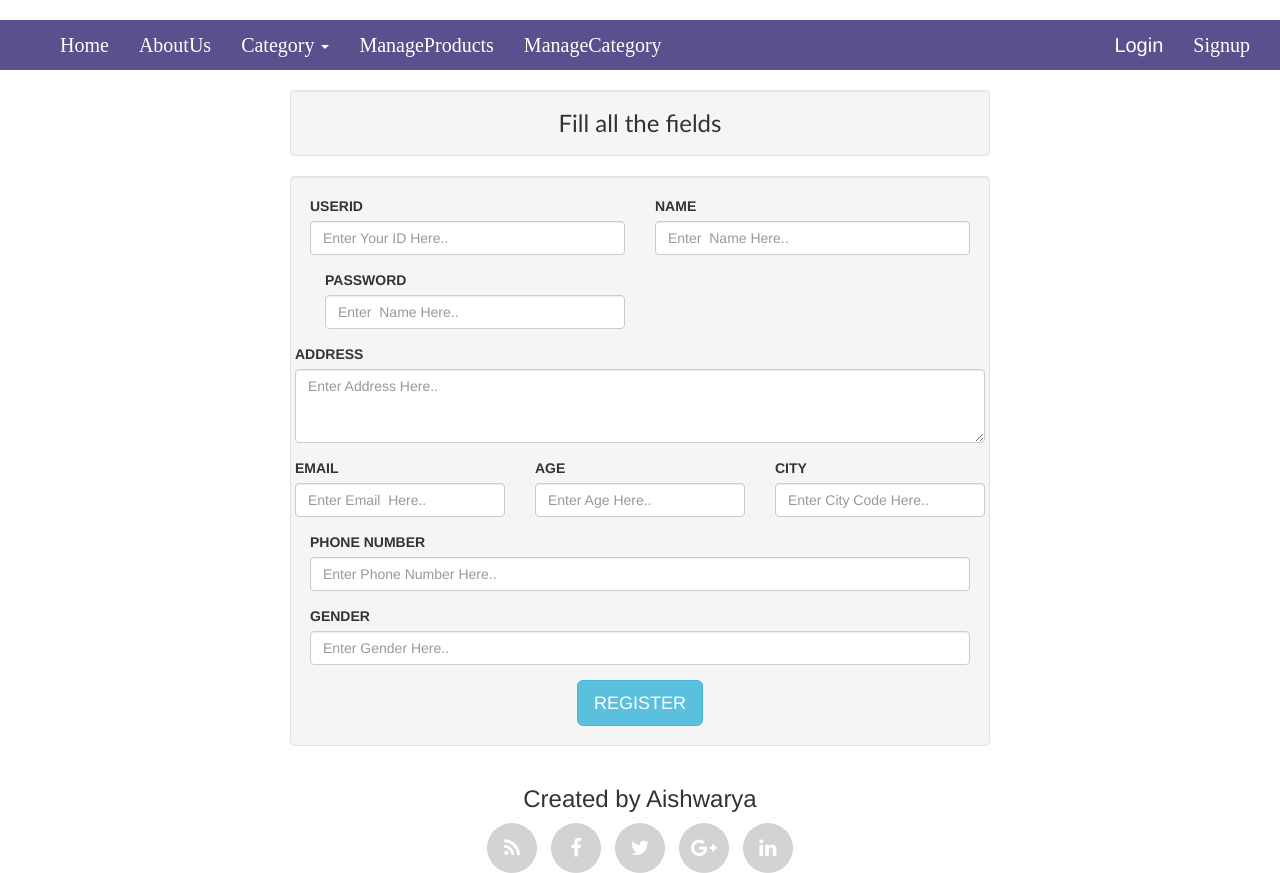
Repository: qwertuy/DTPROGRAMSPROJECTS
Page: http://localhost/Ecommerce/WEB-INF/views/registerpage.jsp
These files come from the project's save history. The page is drawn as it stood at one moment and after the next save; the edit follows.
The browser window is 1280 px wide. The pictures show the whole page.
Some web libraries are served in a nearby version. The page is served by Tomcat 9. Nobody is signed in. Other server files are loaded and not shown. The template is opened directly, without the code that normally fills it, so the values that code supplies are empty.

Above is the page before, as saved 2018-03-18 09:35:33.
Console error: SyntaxError: Unexpected token '{'

### Ecommerce/src/main/webapp/WEB-INF/views/registerpage.jsp
<%@ page language="java" contentType="text/html; charset=ISO-8859-1"
    pageEncoding="ISO-8859-1"%>
    <%@ taglib uri="http://www.springframework.org/tags/form" prefix="form"%>
<%@ taglib uri="http://java.sun.com/jsp/jstl/core" prefix="c"%>
<!DOCTYPE html PUBLIC "-//W3C//DTD HTML 4.01 Transitional//EN" "http://www.w3.org/TR/html4/loose.dtd">
<html>
<head>
<meta http-equiv="Content-Type" content="text/html; charset=ISO-8859-1">
<title>Insert title here</title>
<!-- To Access the Bootstrap link -->
<link rel="stylesheet" href="https://maxcdn.bootstrapcdn.com/bootstrap/3.3.7/css/bootstrap.min.css">
<script src="https://ajax.googleapis.com/ajax/libs/jquery/3.2.1/jquery.min.js"></script>
<script src="https://maxcdn.bootstrapcdn.com/bootstrap/3.3.7/js/bootstrap.min.js"></script>
<link href="//maxcdn.bootstrapcdn.com/font-awesome/4.1.0/css/font-awesome.min.css" rel="stylesheet">
<link href=".resources/css/registerpage.css" rel="stylesheet"/>
<style type="text/css">
  .backgroundclr
  {
    background-color: #1a0000;
  }
</style>
</head>
<body>
<jsp:include page="header.jsp"></jsp:include>
<!-- Registration form here -->
<div class="container">
    <center><h3 class="well" style="font-family: Calibri;font-style: bold;color:#000cc">Fill all the fields</h3></center>
	<div class="col-lg-12 well">
	<div class="row">
			<form  action="registerpage" method="post">
					<div class="col-sm-12">
						<div class="row">
							<div class="col-sm-6 form-group">
								<label>USERID</label>
								<input type="text" placeholder="Enter Your ID Here.." class="form-control" pattern="[0-9]+" required name="userid">
							</div>
							<div class="col-sm-6 form-group">
								<label>NAME</label>
								<input type="text" placeholder="Enter  Name Here.." class="form-control" pattern="^[a-zA-Z][a-zA-Z0-9-_\.]{1,20}$" required name="username">
							</div>
						</div>
						<div class="col-sm-6 form-group">
								<label>PASSWORD</label>
								<input type="text" placeholder="Enter  Name Here.." class="form-control"  pattern="[A-Za-z]+" required name="userpass">
							</div>
						</div>
						<div class="form-group">
							<label>ADDRESS</label>
							<textarea placeholder="Enter Address Here.." rows="3" class="form-control" pattern="^[a-zA-Z][a-zA-Z0-9-_\.]{1,20}$" required name="useraddress"></textarea>
						</div>
						<div class="row">
							<div class="col-sm-4 form-group">
								<label>EMAIL</label>
								<input type="text" placeholder="Enter Email  Here.." class="form-control" pattern="[a-z0-9._%+-]+@[a-z0-9.-]+\.[a-z]{2,4}$" required name="usermail">
							</div>
							<div class="col-sm-4 form-group">
								<label>AGE</label>
								<input type="text" placeholder="Enter Age Here.." class="form-control" required name="userage">
							</div>
							<div class="col-sm-4 form-group">
								<label>CITY</label>
								<input type="text" placeholder="Enter City Code Here.." class="form-control" pattern="^[a-zA-Z][a-zA-Z0-9-_\.]{1,20}$" required name="usercity">
							</div>
						</div>


						</div>
					<div class="form-group">
						<label>PHONE NUMBER</label>
						<input type="text" placeholder="Enter Phone Number Here.." class="form-control" pattern="^\{10}$" required name="userphone">
					</div>

					<div class="form-group">
						<label>GENDER</label>
						<input type="text" placeholder="Enter Gender Here.."  class="form-control" pattern="^[a-zA-Z][a-zA-Z0-9-_\.]{1,20}$" required name="usergen">

					</div>

					<center>
					<input type="submit" class="btn btn-lg btn-info" value="REGISTER"></input>	</center>
					</div>
				</form>
				</div>
	</div>
	 <!-- Footer of the webpages -->

 <jsp:include page="footer.jsp"></jsp:include>

	</div>
</body>
</html>

### Ecommerce/src/main/webapp/WEB-INF/views/header.jsp
<%@ page language="java" contentType="text/html; charset=ISO-8859-1"
    pageEncoding="ISO-8859-1"%>
    <%@ taglib prefix = "c" uri = "http://java.sun.com/jsp/jstl/core" %>
<!DOCTYPE html PUBLIC "-//W3C//DTD HTML 4.01 Transitional//EN" "http://www.w3.org/TR/html4/loose.dtd">
<html>
<head>
<meta http-equiv="Content-Type" content="text/html; charset=ISO-8859-1">
<title>BOHEMIAN</title>
 <link rel="stylesheet" href="https://maxcdn.bootstrapcdn.com/bootstrap/3.3.7/css/bootstrap.min.css">
  <script src="https://ajax.googleapis.com/ajax/libs/jquery/3.2.1/jquery.min.js"></script>
  <script src="https://maxcdn.bootstrapcdn.com/bootstrap/3.3.7/js/bootstrap.min.js"></script>
  <link href="//maxcdn.bootstrapcdn.com/font-awesome/4.1.0/css/font-awesome.min.css" rel="stylesheet">

<style type="text/css">
  .backgroundclr
  {
    background-color: #59508e;
  }
</style>

<!-- datatable -->
<link rel="stylesheet" href="https://maxcdn.bootstrapcdn.com/bootstrap/3.3.7/css/bootstrap.min.css" integrity="sha384-BVYiiSIFeK1dGmJRAkycuHAHRg32OmUcww7on3RYdg4Va+PmSTsz/K68vbdEjh4u" crossorigin="anonymous">

<link rel="stylesheet" type="text/css" href="./resources/css/dataTables.bootstrap.min.css"/>

<link rel="stylesheet" type="text/css" href="./resources/css/ss.css"/>


<link rel="stylesheet" type="text/css" href="./resources/css/datatables.css"/>


<link rel="stylesheet" type="text/css" href="./resources/css/datatables.min.css"/>

<script
  src="https://code.jquery.com/jquery-3.2.1.min.js"
  integrity="sha256-hwg4gsxgFZhOsEEamdOYGBf13FyQuiTwlAQgxVSNgt4="
  crossorigin="anonymous"></script>
  <script type="text/javascript" src="./resources/js/jquery.dataTables.min.js"></script>
<script type="text/javascript" src="./resources/js/dataTables.bootstrap.min.css"></script>

<script type="text/javascript">
$(document).ready(function(){
    $('.table').DataTable();
});
</script>
<!-- end -->
</head>
<body>
<nav class="backgroundclr">
	<div class="container-fluid">

		<div class="navbar-header">
			<button type="button" class="navbar-toggle collapsed"
				data-toggle="collapse" data-target="#bs-example-navbar-collapse-1"
				aria-expanded="false">
				<span class="sr-only">Toggle navigation</span> <span
					class="icon-bar"></span> <span class="icon-bar"></span> <span
					class="icon-bar"></span>
			</button>

			<a class="navbar-brand" href="./">
			<%-- 	<img src='<c:url value="./resources/images/boho.jpg" />' class="img-circle" width="50px" height="25px" /> --%>
			<%-- <img src="${pageContext.request.contextPath}/resources/images/weblog1.jpg" class="img-circle" width="50px" height="25px"/> --%>
			</a>
		</div>

		<div class="collapse navbar-collapse">
			<ul class="nav navbar-nav">
			  <li ><a href="" style="font-size:20px;color:white;font-family:Aharoni">Home</a></li>
				<li><a href="" style="font-size:20px;color:white;font-family:Aharoni">AboutUs</a></li>
				<li class="dropdown" style="font-family:Aharoni"><a href="#" class="dropdown-toggle" data-toggle="dropdown" role="button" aria-haspopup="true"
					aria-expanded="Aharoni"  style="font-size:20px;color:white">Category <span class="caret"></span></a>
					<ul class="dropdown-menu">

						<c:forEach items="${clist}" var="p">
						 <li><a href="categoryproductlist?id=${p.categoryid}">${p.categoryname}</a></li>
						 <%-- <li><a href='<c:url value="categoryproductlist?id=${p.categoryid}">${p.categoryname}"/>'</a></li> --%>
						</c:forEach>
						</li>

					</ul>

				</li>
					 <li style="font-family:Aharoni"><a href="<c:url value="/admin/add"/>" role="button" aria-haspopup="true"
					aria-expanded="false" style="font-size:20px;color:white">ManageProducts</a>

					<li style="font-family:Aharoni"><a href="<c:url value="/admin/add1"/>" role="button" aria-haspopup="true"
					aria-expanded="false" style="font-size:20px;color:white">ManageCategory</a>

					</li>


					</li>
					<!-- <li><a href="<c:url value="admin/productlistview"/>" style="font-family: fantasy;">PRODUCTLIST</a>-->
			</ul>


				<c:if test="${pageContext.request.userPrincipal.name  == 'admin'}">
                                <li><a href="<c:url value="/admin" />">Admin</a></li>
                 </c:if>
                 </ul>
			  <ul class="nav navbar-nav navbar-right">
			  <c:if test="${pageContext.request.userPrincipal.name == null }">
					<li>
					<%-- <a href=' <c:url value="/login" />'>Login</a> --%>
					</li>
					<li ><a href="<c:url value="admin/add"/>" role="button" aria-haspopup="Aharoni"
					aria-expanded="false" style="font-size:20px;color:white">Login</a> </li>
				<li style="font-family:Aharoni"><a href=' <c:url value="/reg" />'class="Aharoni" style="font-size:20px;color:white">Signup</a></li>

				</c:if>
				<c:if test="${pageContext.request.userPrincipal.name  != null}">
                               <li><a>Welcome: ${pageContext.request.userPrincipal.name}</a></li>
	              				<li><a href='<c:url value="/logout" />'>Signout</a></li>
                 </c:if>

				</ul>

		</div>
	</div>
</nav>
</body>
</html>

### Ecommerce/src/main/webapp/WEB-INF/views/footer.jsp
<%@ page language="java" contentType="text/html; charset=ISO-8859-1"
    pageEncoding="ISO-8859-1"%>
<!DOCTYPE html PUBLIC "-//W3C//DTD HTML 4.01 Transitional//EN" "http://www.w3.org/TR/html4/loose.dtd">
<html>
<head>
<meta http-equiv="Content-Type" content="text/html; charset=ISO-8859-1">
<title>BOHEMIAN</title>
<link rel="stylesheet" href="https://maxcdn.bootstrapcdn.com/bootstrap/3.3.7/css/bootstrap.min.css">
  <script src="https://ajax.googleapis.com/ajax/libs/jquery/3.2.1/jquery.min.js"></script>
  <script src="https://maxcdn.bootstrapcdn.com/bootstrap/3.3.7/js/bootstrap.min.js"></script>
  <link href="//maxcdn.bootstrapcdn.com/font-awesome/4.2.0/css/font-awesome.min.css" rel="stylesheet">
  <style type="text/css">


/*=========================
  Icons
 ================= */

/* footer social icons */
ul.social-network {
	list-style: none;
	display: inline;
	margin-left:0 !important;
	padding: 0;
}
ul.social-network li {
	display: inline;
	margin: 0 5px;
}


/* footer social icons */
.social-network a.icoRss:hover {
	background-color: #F56504;
}
.social-network a.icoFacebook:hover {
	background-color:#3B5998;
}
.social-network a.icoTwitter:hover {
	background-color:#33ccff;
}
.social-network a.icoGoogle:hover {
	background-color:#BD3518;
}
.social-network a.icoVimeo:hover {
	background-color:#0590B8;
}
.social-network a.icoLinkedin:hover {
	background-color:#007bb7;
}
.social-network a.icoRss:hover i, .social-network a.icoFacebook:hover i, .social-network a.icoTwitter:hover i,
.social-network a.icoGoogle:hover i, .social-network a.icoVimeo:hover i, .social-network a.icoLinkedin:hover i {
	color:#fff;
}
a.socialIcon:hover, .socialHoverClass {
	color:#44BCDD;
}

.social-circle li a {
	display:inline-block;
	position:relative;
	margin:0 auto 0 auto;
	-moz-border-radius:50%;
	-webkit-border-radius:50%;
	border-radius:50%;
	text-align:center;
	width: 50px;
	height: 50px;
	font-size:20px;
}
.social-circle li i {
	margin:0;
	line-height:50px;
	text-align: center;
}

.social-circle li a:hover i, .triggeredHover {
	-moz-transform: rotate(360deg);
	-webkit-transform: rotate(360deg);
	-ms--transform: rotate(360deg);
	transform: rotate(360deg);
	-webkit-transition: all 0.2s;
	-moz-transition: all 0.2s;
	-o-transition: all 0.2s;
	-ms-transition: all 0.2s;
	transition: all 0.2s;
}
.social-circle i {
	color: #fff;
	-webkit-transition: all 0.8s;
	-moz-transition: all 0.8s;
	-o-transition: all 0.8s;
	-ms-transition: all 0.8s;
	transition: all 0.8s;
}


  </style>
</head>
<body>
<center><h3>Created by Aishwarya</h3>
<!--Pulling Awesome Font -->



    			<div class="col-md-12">
                    <ul class="social-network social-circle">
                        <li><a href="#" class="icoRss" title="Rss" style="background-color: #D3D3D4"><i class="fa fa-rss"></i></a></li>
                        <li><a href="#" class="icoFacebook" title="Facebook" style="background-color: #D3D3D4"><i class="fa fa-facebook"></i></a></li>
                        <li><a href="#" class="icoTwitter" title="Twitter" style="background-color: #D3D3D4"><i class="fa fa-twitter"></i></a></li>
                        <li><a href="#" class="icoGoogle" title="Google +" style="background-color: #D3D3D4"><i class="fa fa-google-plus"></i></a></li>
                        <li><a href="#" class="icoLinkedin" title="Linkedin" style="background-color: #D3D3D4"><i class="fa fa-linkedin"></i></a></li>
                    </ul>
				</div>

</center>
</body>
</html>

### Ecommerce/src/main/webapp/resources/css/registerpage.css
/* Space out content a bit */
body {
  padding-top: 20px;
  padding-bottom: 20px;
}

/* Everything but the jumbotron gets side spacing for mobile first views */
.header,
.marketing,
.footer {
  padding-right: 15px;
  padding-left: 15px;
}

/* Custom page header */
.header {
  border-bottom: 1px solid #e5e5e5;
}
/* Make the masthead heading the same height as the navigation */
.header h3 {
  padding-bottom: 19px;
  margin-top: 0;
  margin-bottom: 0;
  line-height: 40px;
}

/* Custom page footer */
.footer {
  padding-top: 19px;
  color: #777;
  border-top: 1px solid #e5e5e5;
}

/* Customize container */
@media (min-width: 768px) {
  .container {
    max-width: 730px;
  }
}
.container-narrow > hr {
  margin: 30px 0;
}

/* Main marketing message and sign up button */
.jumbotron {
  text-align: center;
  border-bottom: 1px solid #e5e5e5;
}
.jumbotron .btn {
  padding: 14px 24px;
  font-size: 21px;
}

/* Supporting marketing content */
.marketing {
  margin: 40px 0;
}
.marketing p + h4 {
  margin-top: 28px;
}

/* Responsive: Portrait tablets and up */
@media screen and (min-width: 768px) {
  /* Remove the padding we set earlier */
  .header,
  .marketing,
  .footer {
    padding-right: 0;
    padding-left: 0;
  }
  /* Space out the masthead */
  .header {
    margin-bottom: 30px;
  }
  /* Remove the bottom border on the jumbotron for visual effect */
  .jumbotron {
    border-bottom: 0;
  }
}

### Ecommerce/src/main/webapp/resources/css/ss.css
@CHARSET "ISO-8859-1";
.c
{
	background: aqua;
}

Loaded but not shown: Ecommerce/src/main/webapp/resources/css/dataTables.bootstrap.min.css (library); Ecommerce/src/main/webapp/resources/css/datatables.css (common file); Ecommerce/src/main/webapp/resources/css/datatables.min.css (library); Ecommerce/src/main/webapp/resources/js/jquery.dataTables.min.js (library)

After the next save:
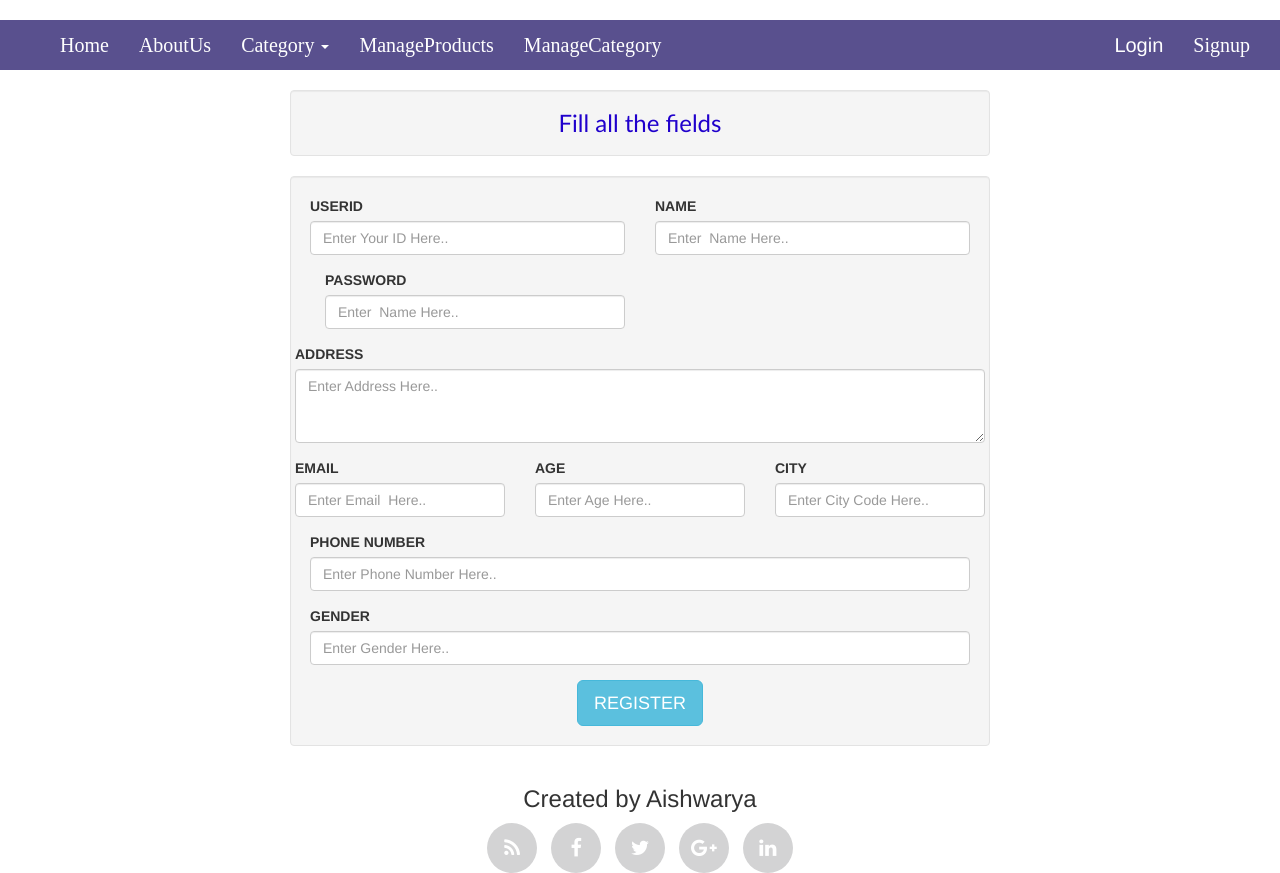
Saved 10 s later.
--- a/Ecommerce/src/main/webapp/WEB-INF/views/registerpage.jsp
+++ b/Ecommerce/src/main/webapp/WEB-INF/views/registerpage.jsp
@@ -24,7 +24,7 @@
 <jsp:include page="header.jsp"></jsp:include>
 <!-- Registration form here -->
 <div class="container">
-    <center><h3 class="well" style="font-family: Calibri;font-style: bold;color:#000cc">Fill all the fields</h3></center>
+    <center><h3 class="well" style="font-family: Calibri;font-style: bold;color:#2000cc">Fill all the fields</h3></center>
 	<div class="col-lg-12 well">
 	<div class="row">
 			<form  action="registerpage" method="post">
